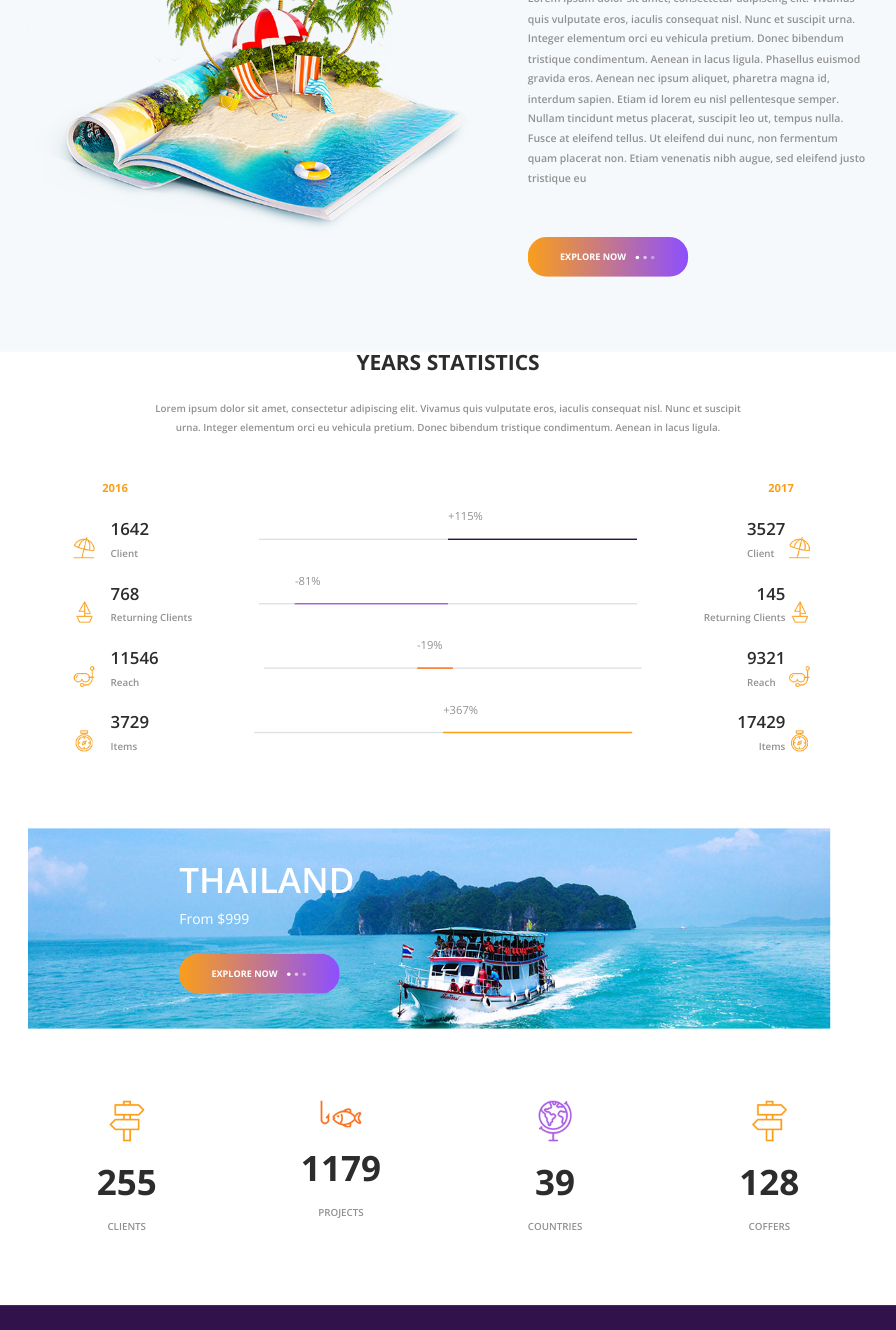
Repository: phamhuuloc/Travelix_Template
Page: about.html
These files come from the project's save history. The page is drawn as it stood at one moment and after the next save; the edit follows.
The browser window is 1280 px wide. The pictures show the part of the page from y = 949 to 2849 px (the page is 3326 px tall before and 3330 px after), at 70% of full size.
A picture or video elsewhere on the page could not be fetched, so the positions and the page height are approximate. Backgrounds fixed to the window are drawn as part of the page. Some web fonts or font styles are not loaded; a fallback is used.

Above is the page before, as saved 2021-10-13 10:51:23.

After the next save:
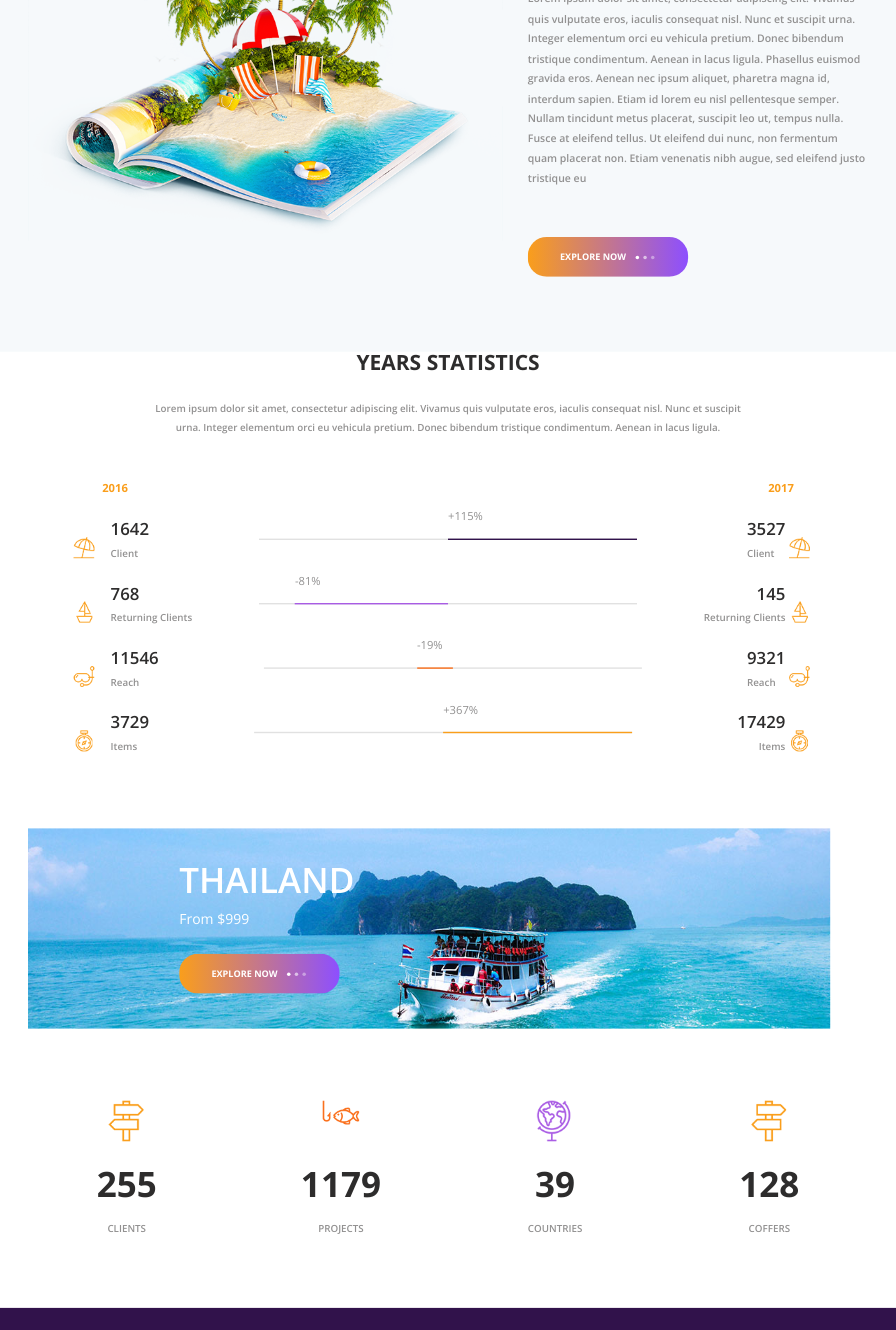
Saved 22 s later.
--- a/assets/css/about.css
+++ b/assets/css/about.css
@@ -167,7 +167,7 @@
   flex-direction: column;
   align-items: center;
 }
-.milestone__background {
+.milestone__icon {
   width: 5.2rem;
   height: 6.2rem;
 }
